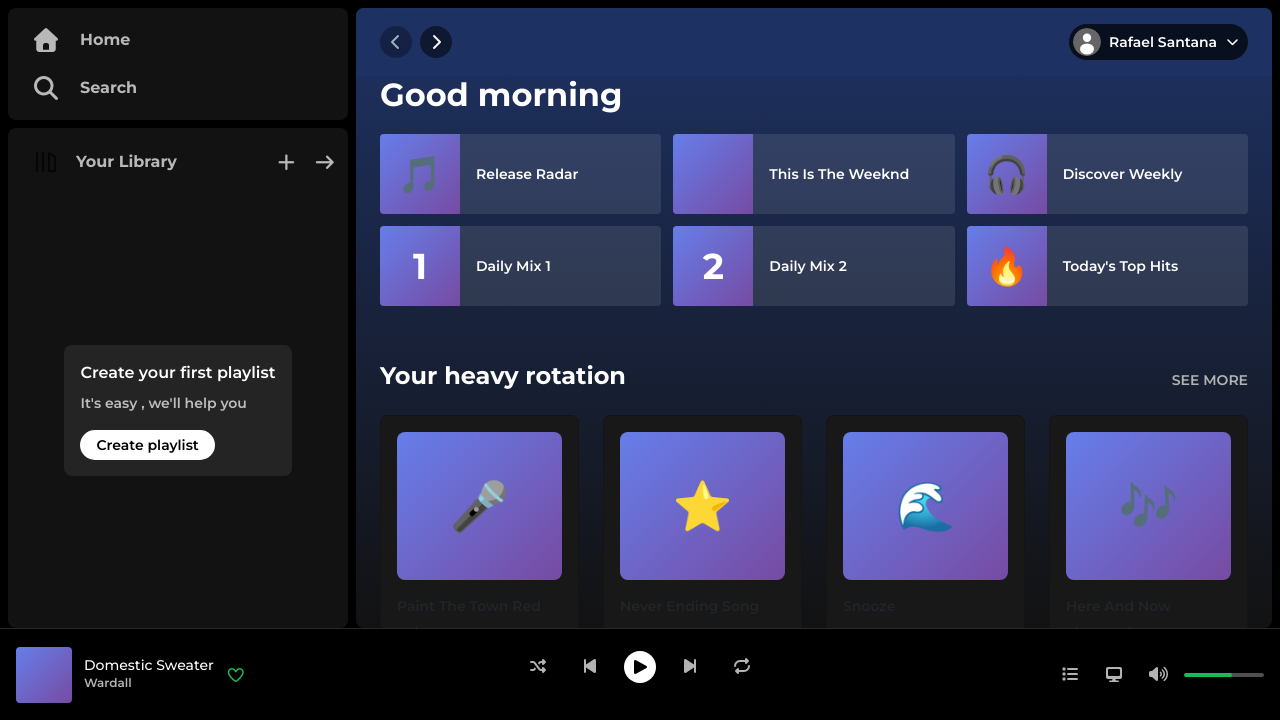
Repository: ketanBisht/spotifyFrontEnd
Page: index.html
An editor plug-in stored every save of this project. The page is shown before and after the next save, followed by the edit.
The browser window is 1280 px wide. The pictures show the whole page.
An inner scrolling area shows only its first screen. Some web fonts or font styles are not loaded; a fallback is used. Some web libraries are served in a nearby version.

Above is the page before, as saved 2025-08-26 16:53:39.

After the next save:
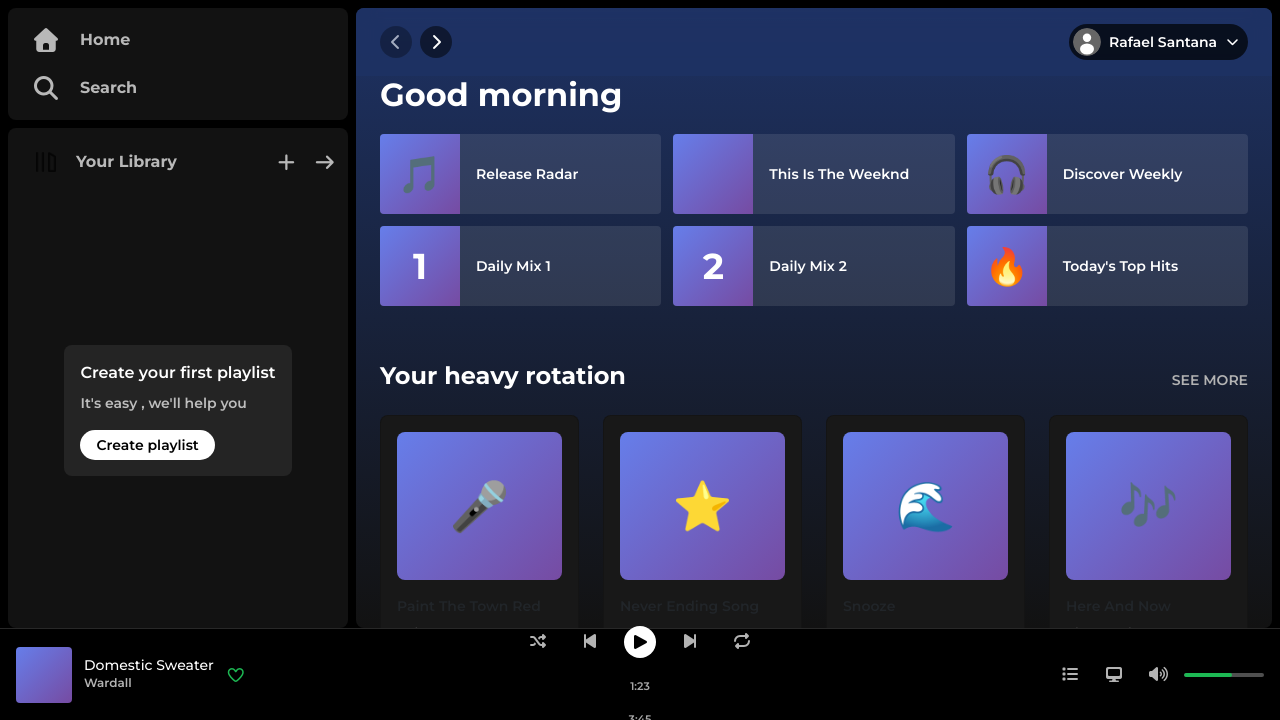
Saved 79 s later.
--- a/index.html
+++ b/index.html
@@ -179,12 +179,11 @@
                 </button>
             </div>
             <div class="progress-bar">
-                <!-- <span class="start_time">1:23</span> -->
-                <div class="long-progress ">
-                    <div class="long-progress-filled">
-                    </div>
-                </div>
-                <!-- <span class="end_time">3:45</span> -->
+                <span class="time">1:23</span>
+                <div class="long-progress">
+                    <div class="long-progress-filled"></div>
+                </div>
+                <span class="time">3:45</span>
             </div>
         </div>
 
